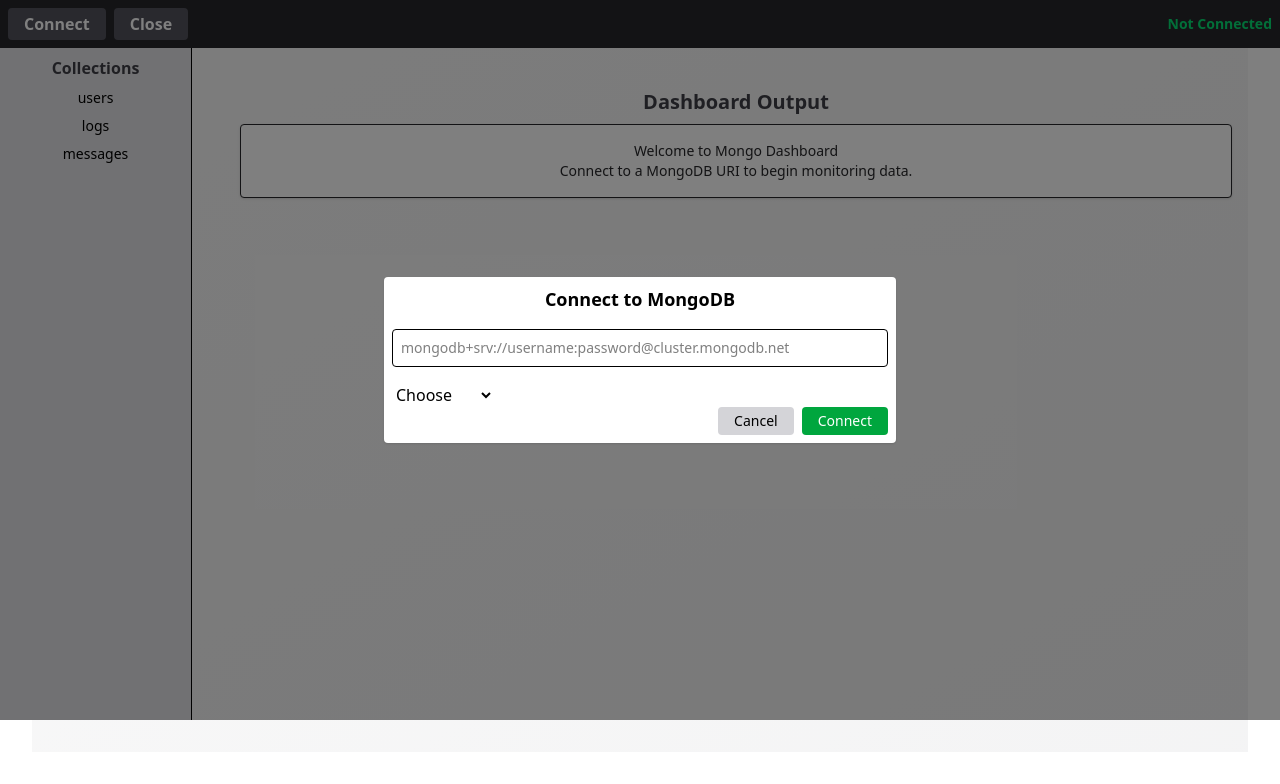
Repository: aryan151pratap/Dashboard
Page: / (app in frontened/), after clicking the first element matching `button.capitalize`
The author's editor kept a copy of each file at every save. The page is drawn from the files as they stood at one save, then again after a run of saves.
The browser window is 1280 px wide. The pictures show the whole page.
The project was rebuilt for these pictures with package versions that can differ from the ones it lists, and the page was loaded fresh each time. Also part of the build but not shown: frontened/vite.config.js.

Above is the page before, as saved 2025-06-24 13:26:40.

After the next 2 saves:
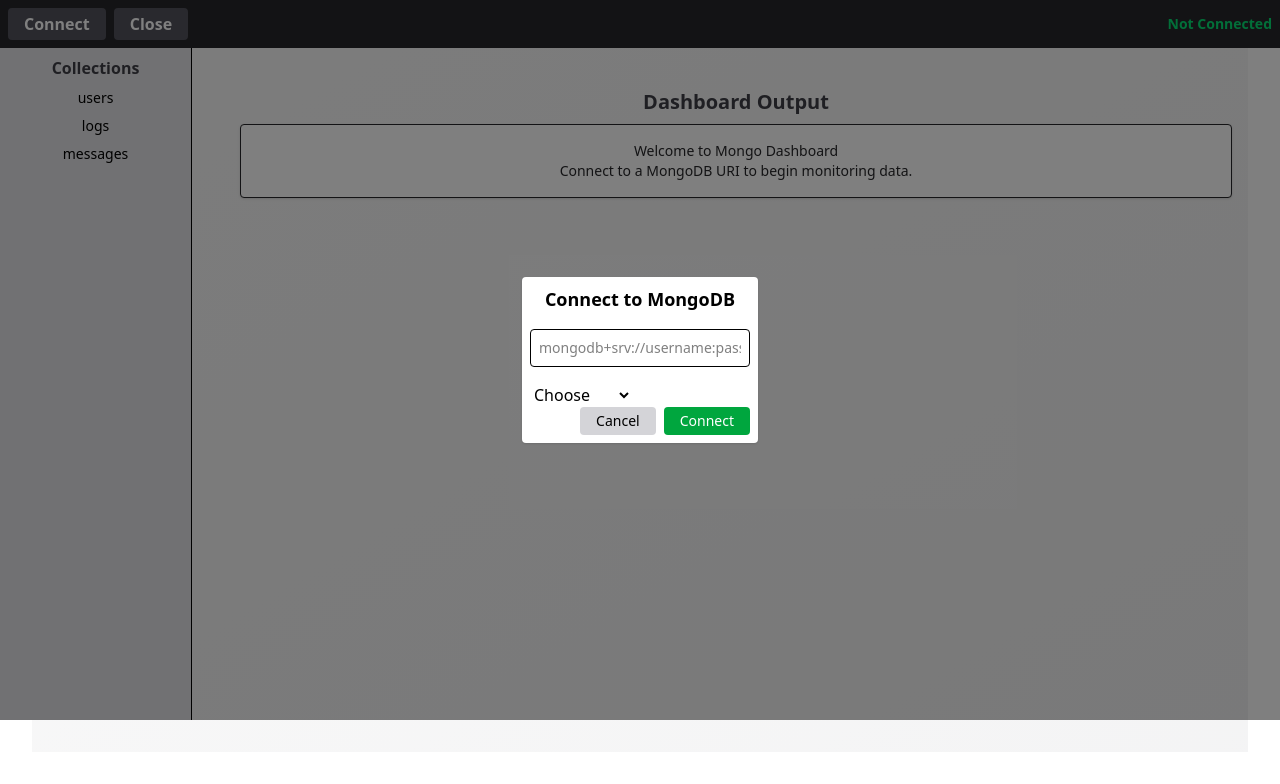
The 2 saves are shown as one change because they came seconds apart.
The last was saved 13 s later.
--- a/frontened/src/component/connect.jsx
+++ b/frontened/src/component/connect.jsx
@@ -21,7 +21,7 @@
 	return(
 		<>
 		<div className="fixed inset-0 bg-black/50 flex justify-center items-center z-20">
-			<div className="bg-white p-2 rounded w-full sm:max-w-md md:max-w-lg max-w-1xl shadow">
+			<div className="bg-white p-2 rounded sm:max-w-md md:max-w-lg  shadow">
 				<h2 className="text-lg font-semibold mb-4">Connect to MongoDB</h2>
 				<input
 					type="text"

After the save that followed:
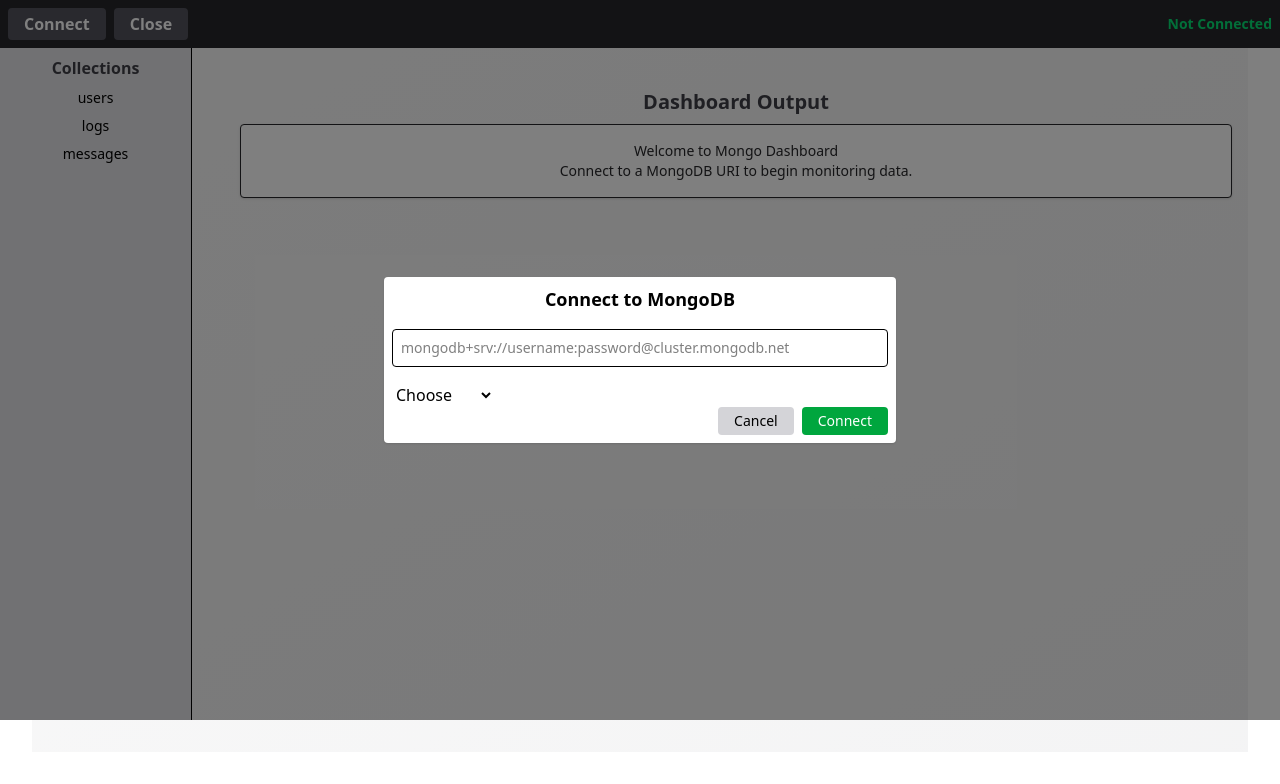
Saved 4 s later.
--- a/frontened/src/component/connect.jsx
+++ b/frontened/src/component/connect.jsx
@@ -21,7 +21,7 @@
 	return(
 		<>
 		<div className="fixed inset-0 bg-black/50 flex justify-center items-center z-20">
-			<div className="bg-white p-2 rounded sm:max-w-md md:max-w-lg  shadow">
+			<div className="bg-white p-2 rounded w-full sm:max-w-md md:max-w-lg  shadow">
 				<h2 className="text-lg font-semibold mb-4">Connect to MongoDB</h2>
 				<input
 					type="text"
